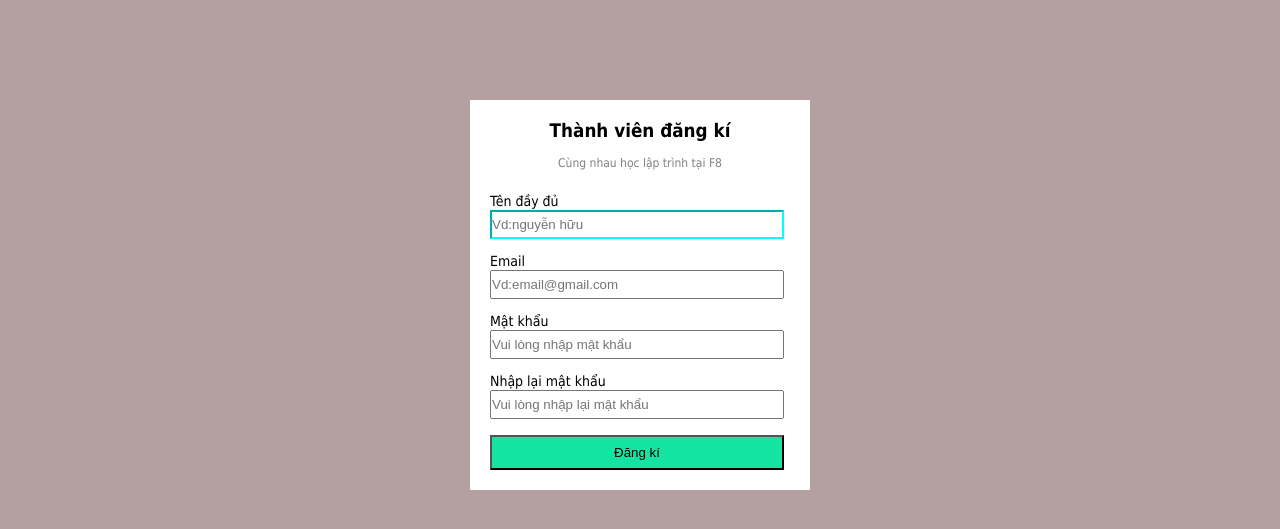
Repository: HuunvDev/Validator
Page: index.html
The author's editor kept a copy of each file at every save. The page is drawn from the files as they stood at one save, then again after the next save.
The browser window is 1280 px wide. The pictures show the whole page.
The pointer rests on the first visible `input`.

Above is the page before, as saved 2022-08-20 09:37:05.

After the next save:
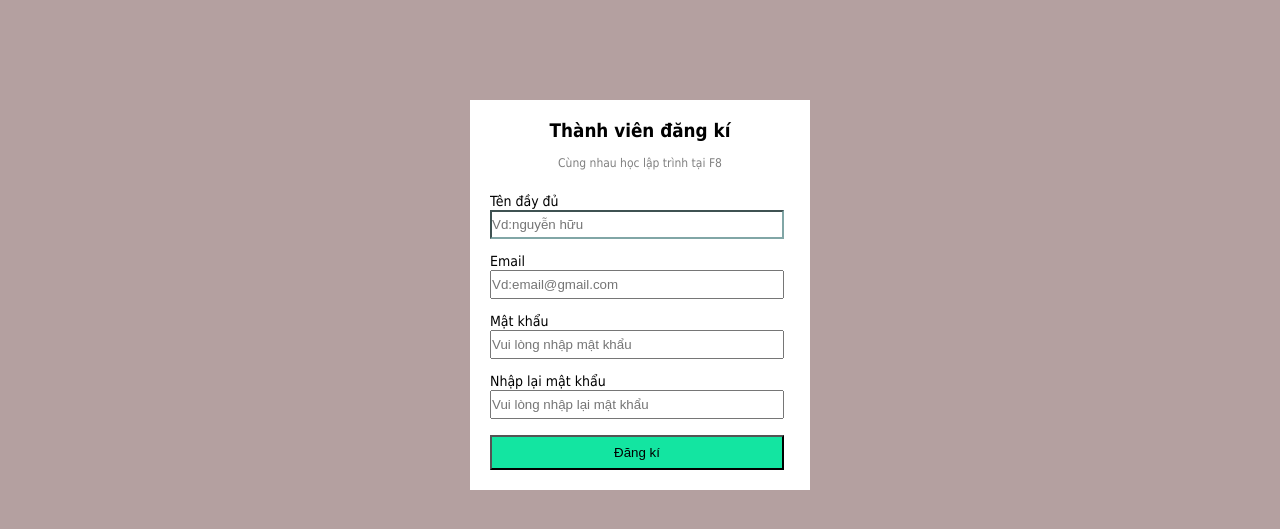
Saved 8 s later.
--- a/style.css
+++ b/style.css
@@ -37,7 +37,7 @@ input {
     height: 25px;
 }
 input:hover{
-    border-color: aqua;
+    border-color: rgb(129, 166, 166);
 }
 button{
     padding:8px 0;
